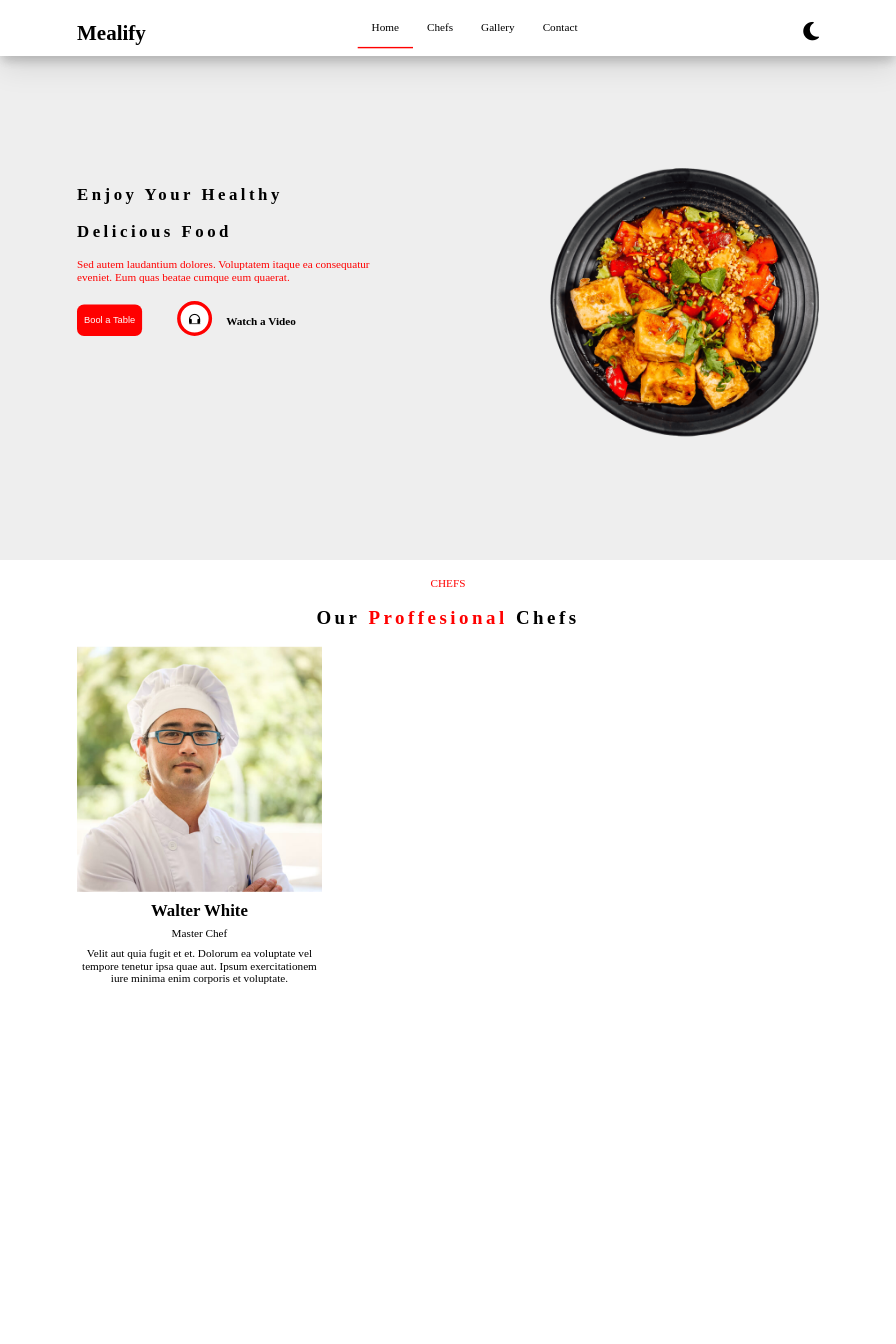
Repository: Ahmedalid/New-project
Page: Rout/index.html
The author's editor kept a copy of each file at every save. The page is drawn from the files as they stood at one save, then again after the next save.
The browser window is 1280 px wide. The pictures show the part of the page from y = 0 to 1920 px (the page is 5000 px tall), at 70% of full size.

Above is the page before, as saved 2023-06-08 11:11:48.

### Rout/index.html
<!DOCTYPE html>
<html lang="en">

<head>
    <meta charset="UTF-8">
    <meta http-equiv="X-UA-Compatible" content="IE=edge">
    <meta name="viewport" content="width=device-width, initial-scale=1.0">
    <link rel="stylesheet" href="https://cdnjs.cloudflare.com/ajax/libs/font-awesome/6.4.0/css/all.min.css">
    <link rel="stylesheet" href="css/style.css">
    <title>Document</title>
</head>

<body>
    <!-- Start NavBar -->
    <nav>
        <div class="div-nav">
            <div class="nav-logo">
                <h1>Mealify</h1>
            </div>
            <div class="nav-item">
                <ul>
                    <li><a href="default.asp" class="home-actiev">Home</a></li>
                    <li><a href="" class="text-color">Chefs</a></li>
                    <li><a href="" class="text-color">Gallery</a></li>
                    <li><a href="" class="text-color">Contact</a></li>
                </ul>
            </div>
            <div class="nav-icon">
                <span><i class="fa-solid fa-moon"></i></span>
            </div>
        </div>
    </nav>
    <!-- End NavBar -->

    <!-- Start Header -->
    <header>
        <div class="div-header">
            <div class="content-header container">
                <h2 class="mt li">Enjoy Your Healthy</h2>
                <h2 class="mt li">Delicious Food</h2>
                <p class="mt text-color">Sed autem laudantium dolores. Voluptatem itaque ea consequatur eveniet.
                    Eum quas beatae cumque eum quaerat.</p>
                <div class="d-flex">
                    <button class="btn-Boolatable">Bool a Table</button>
                    <div class="d-flex mt  ">
                        <a href="" class="icone-headphones"> <span class="headphones d-center"> <i
                                    class="fa-solid fa-headphones "></i></span> </a>
                        <span class="Video">Watch a Video</span>
                    </div>
                </div>
            </div>
            <div class="content-header container">
                <div class="img-header ">
                    <img src="img/hero-img.png" alt="">
                </div>
            </div>
        </div>
    </header>
    <!-- End Header -->
    <section class="container">
        <p class="text-center text-color mt">CHEFS</p>
        <h5 class="li text-center our-section mt">
            Our
            <span class="text-color">Proffesional</span>
            Chefs
        </h5>
        <!-- Card And Img -->
        <div class="mt card-img">
            <div class="">
                <img src="img/chefs-3.jpg" alt="">
                <h2 class="text-center mt-1">Walter White </h5>
                <p class="text-center mt-1">Master Chef</p>
                <p class="text-center mt-1">
                    Velit aut quia fugit et et. Dolorum ea voluptate vel
                     tempore tenetur ipsa quae aut. Ipsum
                    exercitationem iure minima enim corporis et voluptate.
                </p>

            </div>

        </div>
    </section>
</body>

</html>

### Rout/css/style.css
*{
    margin: 0;
    padding: 0;
    box-sizing: border-box;
}
body{
    height: 5000px;
}
nav{
    box-shadow: 0px 16px 43px 0px rgba(0,0,0,0.1),0px 10px 15px -3px rgba(0,0,0,0.1),0px 10px 15px -3px rgba(0,0,0,0.1);
       height: 80px;
       position: sticky;
       top: 0;
       left: 0;
       overflow: auto;
       background-color: white;
}
.div-nav{
     margin: auto 110px;
    display: flex;
   margin-top: 30px;
    justify-content: space-between;
}
.container{
    margin: auto 110px;
}
.nav-item ul li{
    list-style: none;

    width: 100%;

}
.nav-item ul li a{
     text-decoration: none;
     color: black;
     padding: 20px;
     outline: none;
     transition: 0.5;
     font-weight: 400;
}
.nav-item ul li a:hover{
    border-bottom: 2px solid red;
}
.nav-item ul {
          display: flex;
    justify-content: space-between;

}
.nav-logo h1{
    font-weight: bold;
    font-size: 30px;
}
.home-actiev{
    border-bottom: 2px solid red;
    font-weight: bold;
}
.nav-icon span i{
    font-size: 30px;
}
/* End NavBar */
/* Start Header */
/* Start Header */
.div-header{
    display: flex;
}
header{
    background-color: #eeeeee;
    overflow: auto;
    height: 100vh;
}
.content-header{
  margin-top: 160px;
}
img{
    width: 100%;
}
.mt{
    margin-top: 25px;
}
.li{
    letter-spacing: 5px;
}
.text-color{
    color: #7f7f90;
}
.d-flex{
    display: flex;
}
.btn-Boolatable{
    border: none;
    outline: none;
    background-color: red;
    color: white;
    padding: 10px;
    border-radius: 10px;
    margin-top: 30px;
}
.headphones{
    background-color: white;
    border-radius: 50%;
    width: 50px;
    height: 50px;
    border: 5px solid red;
    margin-left: 50px;
    cursor: pointer;
}
.d-center{
    display: flex;
    justify-content: center;
    align-items: center;
}
.Video{
    margin-top: 20px;
    margin-left: 20px;
    font-weight: bold;
    cursor: pointer;
    transition: 0.5s;
}
.Video:hover{
    color: red;
}
.icone-headphones{
    color: black;
    list-style: none;
}

.text-center{
    text-align: center;
    /* margin-top: 50px; */
}
.text-color{
    color: red;
}
.our-section{
    font-size: 27px;
}
.card-img{
    width: 33%;
    display: inline-block;
    transition: 0.5s;
}
.mt-1{
    margin-top: 10px;
}
.card-img h4{
    font-weight:bold;
}
.card-img:hover{
    transform: scale(1.1 , 1.1);
    cursor: pointer;
    transition: 0.5s;
}

After the next save:
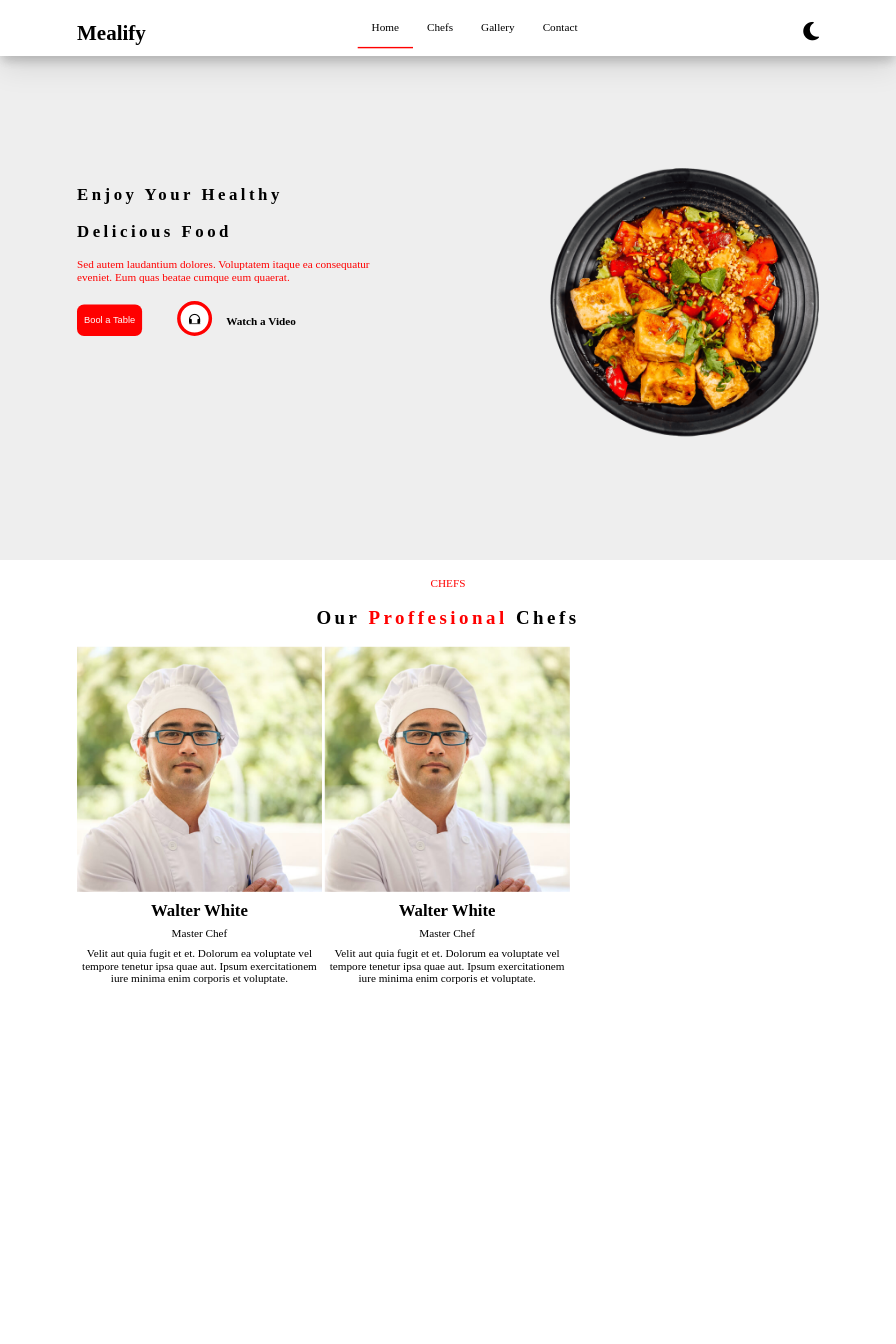
Saved 51 s later.
--- a/Rout/index.html
+++ b/Rout/index.html
@@ -79,6 +79,20 @@
             </div>
 
         </div>
+        <div class="mt card-img">
+            <div class="">
+                <img src="img/chefs-3.jpg" alt="">
+                <h2 class="text-center mt-1">Walter White </h5>
+                <p class="text-center mt-1">Master Chef</p>
+                <p class="text-center mt-1">
+                    Velit aut quia fugit et et. Dolorum ea voluptate vel
+                     tempore tenetur ipsa quae aut. Ipsum
+                    exercitationem iure minima enim corporis et voluptate.
+                </p>
+
+            </div>
+
+        </div>
     </section>
 </body>
 
